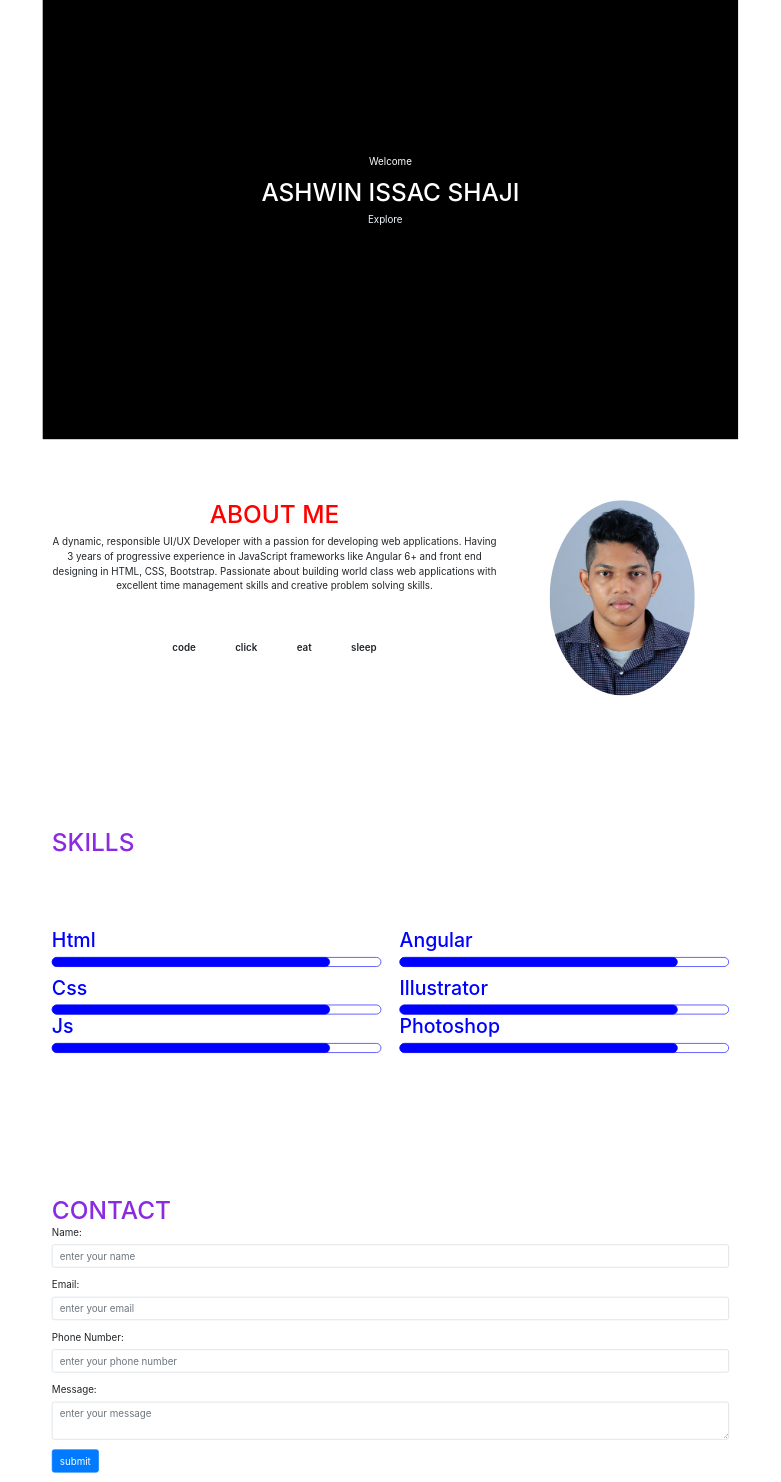
Repository: ashwinaisc/portfolio
Page: index.html
These files come from the project's save history. The page is drawn as it stood at one moment and after a run of saves; the edit follows.
The browser window is 1280 px wide. The pictures show the whole page, at 61% of full size.
Some web fonts or font styles are not loaded; a fallback is used.

Above is the page before, as saved 2019-08-13 20:19:55.
Not found: js/all.js

### index.html
<html>
    <head>
        <title>
            Ashwin
        </title>
        <link rel="stylesheet" type="text/css" href="css/style.css">
            <link rel="stylesheet" type="text/css" href="css/bootstrap.min.css">
            <link rel="stylesheet" type="text/css" href="css/all.min.css">

    </head>
    <body>
            <sessionclass="container-fluid ais-header-cf" >
                <div class="container ais-header-c" >
                    <div class="row ais-header-row">
                        <div class="col-sm-12 col-lg-12 ais-header-col"  >
                                <div class="ais-header-block">
                                    <p class="ais-h-block-subheading">welcome</p>
                                    <h1  class="ais-h-block-heading">ashwin issac shaji</h1>
                                    <button id="ais-h-btn" class="ais-h-block-btn" >Explore <i class="fas fa-angle-double-down"></i></i></button>
                                </div>
                        </div>
                    </div>
                </div>
            </div>

<!-- About -->
            <div class="container-fluid ais-about-cf" >
                    <div class="container ais-about-c" >
                        <div class="row ais-about-row">
                            <div class="col-sm-12 col-lg-8 ais-about-col"  >
                                    <div class="ais-about-block">
                                        <h1 class="ais-a-block-heading">about me</h1>
                                            <p class="ais-a-block-para">A dynamic, responsible UI/UX Developer with a passion for developing web applications. Having 3 years of progressive experience in JavaScript frameworks like Angular 6+ and front end designing in HTML, CSS, Bootstrap. Passionate about building world class web applications with excellent time management skills and creative problem solving skills.</p>
                                    </div>
                                    <div class="ais-about-icons">

                                        <div class="ais-a-i-block">
                                             <i class="fas fa-code a-i-block-icons"></i>
                                             <p class="a-i-block-txt">code</p>
                                        </div>
                                        <div class="ais-a-i-block">
                                                <i class="fas fa-camera a-i-block-icons"></i>
                                               <p class="a-i-block-txt">click</p>
                                           </div>
                                           <div class="ais-a-i-block">
                                                <i class="fas fa-utensils a-i-block-icons"></i>
                                               <p class="a-i-block-txt">eat</p>
                                           </div>
                                           <div class="ais-a-i-block">
                                                <i class="fas fa-bed a-i-block-icons"></i>
                                               <p class="a-i-block-txt">sleep</p>
                                           </div>
                                    </div>
                            </div>
                            <div class="col-sm-12 col-lg-4 ais-about-col"  >
                                    <div class="ais-about-block">
                                       <img class="ais-a-block-img" src="images/pp.jpg">
                                    </div>
                            </div>
                        </div>
                    </div>
                </div>
<!-- About -->

<!-- Skills -->

<div class="container-fluid ais-skills-cf" >
        <div class="container ais-skills-c" >
            <div class="row ais-skills-row">
                <h1 class="col-12 ais-skills-block-heading">skills</h1>

                <div class="col-sm-12 col-lg-6 ais-skills-col"  >
                    <div class="ais-skills-block">
                        <div class="skills-block-items">
                            <h2 class="skills-block-items-name">html</h2>
                            <p class="ais-skills-block-scale">
                                <span class="skills-block-scale-front w-80"></span>
                                <span class="skills-block-scale-back"></span>
                            </p>
                        </div>

                        <div class="skills-block-items">
                            <h2 class="skills-block-items-name">css</h2>
                            <p class="skills-block-items-scale">
                                <span class="skills-block-scale-front w-80"></span>
                                <span class="skills-block-scale-back"></span>
                            </p>
                        </div>

                        <div class="skills-block-items">
                            <h2 class="skills-block-items-name">js</h2>
                            <p class="skills-block-items-scale">
                                <span class="skills-block-scale-front w-80"></span>
                                <span class="skills-block-scale-back"></span>
                            </p>
                        </div>
               </div>
                </div>


               <div class="col-sm-12 col-lg-6 ais-skills-col"  >
                    <div class="ais-skills-block">
                        <div class="skills-block-items">
                            <h2 class="skills-block-items-name">angular</h2>
                            <p class="ais-skills-block-scale">
                                <span class="skills-block-scale-front w-80"></span>
                                <span class="skills-block-scale-back"></span>
                            </p>
                        </div>

                        <div class="skills-block-items">
                            <h2 class="skills-block-items-name">illustrator</h2>
                            <p class="skills-block-items-scale">
                                <span class="skills-block-scale-front w-80"></span>
                                <span class="skills-block-scale-back"></span>
                            </p>
                        </div>

                        <div class="skills-block-items">
                            <h2 class="skills-block-items-name">photoshop</h2>
                            <p class="skills-block-items-scale">
                                <span class="skills-block-scale-front w-80"></span>
                                <span class="skills-block-scale-back"></span>
                            </p>
                        </div>
               </div>

            </div>
        </div>
    </div>
</div>







<!-- Skills -->



<!-- contact -->



<div class="container-fluid ais-contact-cf" >
        <div class="container ais-contact-c" >
            <div class="row ais-contact-row">
                <h1 class="col-12 ais-contact-block-heading">contact</h1>

                <div class="col-sm-12 col-lg-12 ais-contact-col"  >
                    <form method="POST" action="">
                        <div class="form-group">
                            <label for="name">name:</label>
                            <input type="text" class="form-control" id="name" placeholder="enter your name" name="name">
                        </div>
                        <div class="form-group">
                                <label for="email">email:</label>
                                <input type="text" class="form-control" id="email" placeholder="enter your email" name="email">
                        </div>
                        <div class="form-group">
                                <label for="phone">phone number:</label>
                                <input type="text" class="form-control" id="phone" placeholder="enter your phone number" name="phone">
                        </div>
                        <div class="form-group">
                                <label for="message">message:</label>
                                <textarea type="text" class="form-control" id="message" placeholder="enter your message" name="message"></textarea>
                        </div>
                        <button type="button" class="btn btn-primary ais-contact-form-button">submit</button>

                    </form>

                </div>




            </div>
        </div>
</div>







<!-- contact -->





<script type="text/javascript" src="js/jquery-3.2.1.slim.min.js"></script>
<script type="text/javascript" src="js/popper.min.js"></script>

                <script type="text/javascript" src="js/bootstrap.min.js"></script>
                <script type="text/javascript" src="js/all.js"></script>
                <script type="text/javascript" src="js/index.js"></script>



            </body>

</html>

### css/style.css

.ais-header-col{
    background-color: black;
}
.ais-header-block {
    border: none;
    margin: auto;
    padding: 0;
    text-align: center;
    height: 100vh;
    padding-top: 35vh;


}

.ais-h-block-subheading {
    color:white;
    text-align: center;
    text-transform: capitalize;
}

.ais-h-block-heading {
    color:white;
    text-align: center;
    text-transform: uppercase;}

.ais-h-block-btn {

    border: none;
    margin: auto;
    padding: 0;
    color: aliceblue;
    background: transparent;



}







.container-fluid.ais-about-cf {

    text-align: center;


}
.container.ais-about-c {
    padding-top: 100px;
    padding-bottom: 100px;
}

.row.ais-about-row {}

.col-sm-3.col-lg-12.ais-about-col {


}

.ais-about-block {


}

h1.ais-a-block-heading {
    color:rgb(255, 0, 0);
    text-align: center;
    text-transform: uppercase;}

}
.ais-a-block-para {
    color:rgb(255, 0, 0);
    text-align: left;

}
.ais-a-block-img {
    border-radius: 70%;
    height: 100%;
    width: auto;
    max-height: 20em;

}
.ais-about-icons{
    margin: auto;
    padding: 0 1em;

    text-align: center;

}
.ais-a-i-block{
    margin: auto;
    text-align: center;
    display: inline-block;
    padding: 30px;

}
.a-i-block-icons{
   font-size: 2em;
}
.a-i-block-txt{
    font-weight: 600;

}




.ais-skills-cf {


}
.ais-skills-row{
    height: 100vh;

}
.ais-skills-col{


}
.ais-skills-block {

}

.ais-skills-block-heading {
    margin: auto;
    text-align: left;
    color: blueviolet;
    text-transform: uppercase;


}

.skills-block-items {


}

.skills-block-items-name {
    color: blue;
    text-transform: capitalize;
}
.skills-block-items-scale{
    margin: auto;
}
.skills-block-scale-back{
    display: block;
    height: 1em;
    width: 100%;
    border: 1px solid blue;
    border-radius: 1em;
    position: relative;
}
.skills-block-scale-front{
    display: block;
    height: 1em;
    width: 100%;
    border: 1px solid blue;
    color: blue;
    background: blue;
    border-radius: 1em;
    position: absolute;
    max-width: 30em;
}
.skills-block-scale-front.w-80{
    width: 80%
}



/* contact */
.ais-contact-cf{


}
.ais-contact-c{
}

.ais-contact-row{

}
.ais-contact-block-heading{
    margin: auto;
    text-align: left;
    color: blueviolet;
    text-transform: uppercase;
}

.ais-contact-col{

}
.form-group{
    text-transform: capitalize;


}
.form-control{


}
.ais-contact-form-button{

}



/* Extra small devices (portrait phones, less than 576px) */
@media (max-width: 575.98px) {
    .ais-skills-row{
        height: auto;

    }
 }

/* Small devices (landscape phones, 576px and up) */
@media (min-width: 576px) and (max-width: 767.98px) {  }

/* Medium devices (tablets, 768px and up) */
@media (min-width: 768px) and (max-width: 991.98px) {  }

/* Large devices (desktops, 992px and up) */
@media (min-width: 992px) and (max-width: 1199.98px) { }

/* Extra large devices (large desktops, 1200px and up) */
@media (min-width: 1200px) { }

### js/index.js
$("#ais-h-btn").click(function () {
    $('html,body').animate({
            scrollTop: $("#joAbout").offset().top
        },
        1500);
});

Loaded but not shown: css/bootstrap.min.css (library); css/all.min.css (library); js/jquery-3.2.1.slim.min.js (library); js/popper.min.js (library); js/bootstrap.min.js (library)

After the next 3 saves:
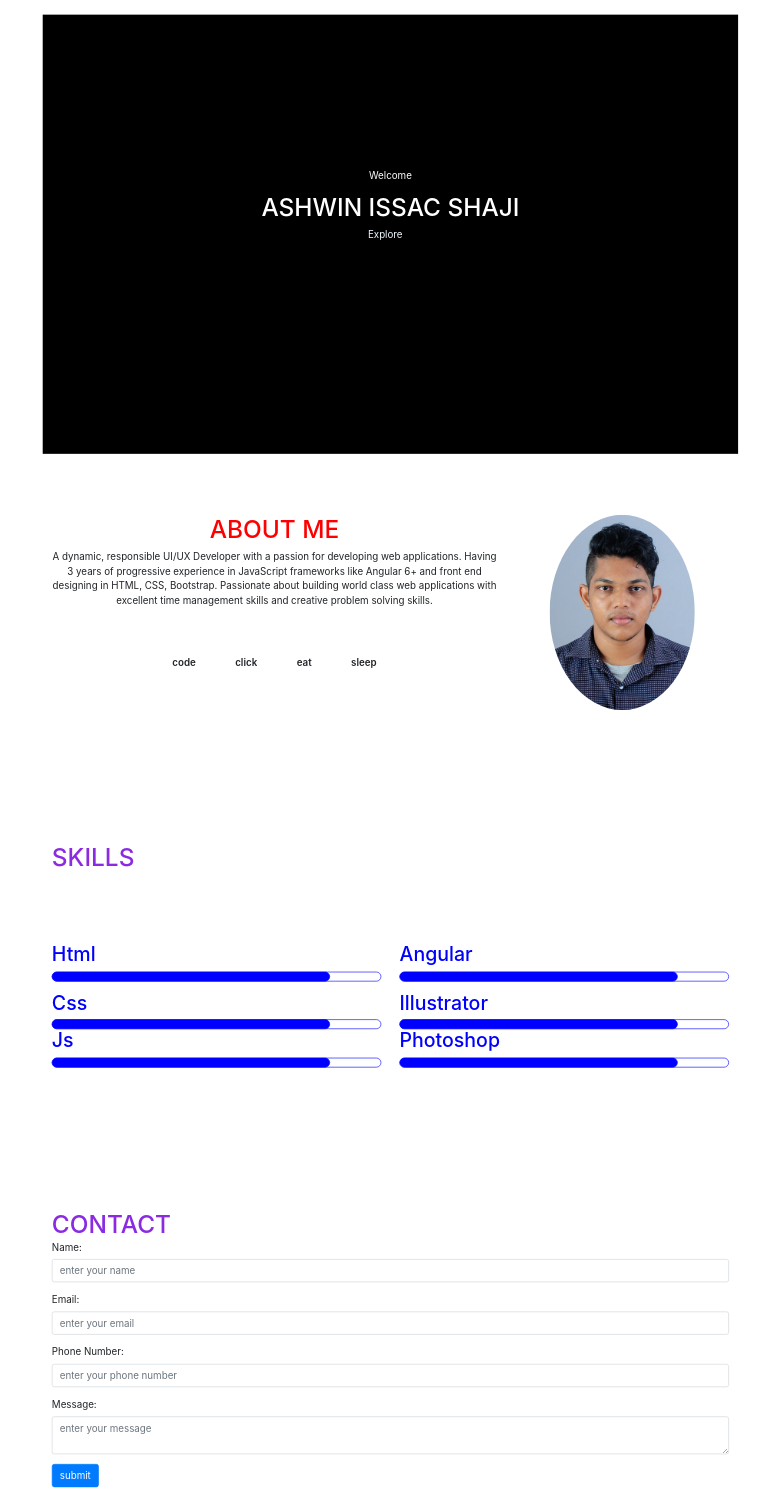
The 3 saves are shown as one change because they came seconds apart.
The last was saved 7 s later.
--- a/index.html
+++ b/index.html
@@ -9,7 +9,7 @@
 
     </head>
     <body>
-            <sessionclass="container-fluid ais-header-cf" >
+            <session id=""class="container-fluid ais-header-cf" >
                 <div class="container ais-header-c" >
                     <div class="row ais-header-row">
                         <div class="col-sm-12 col-lg-12 ais-header-col"  >

After the 3 saves that followed:
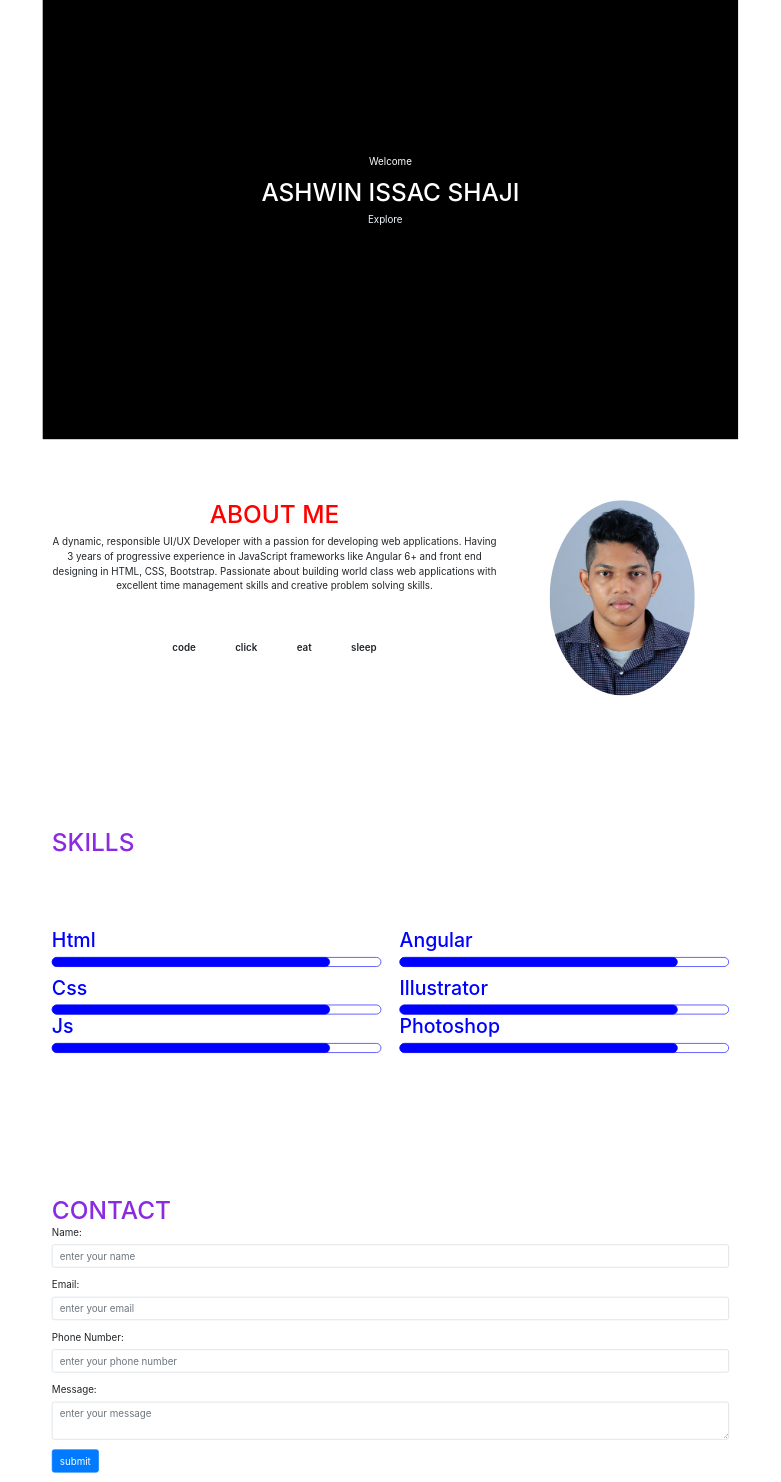
The 3 saves are shown as one change because they came seconds apart.
The last was saved 13 s later.
--- a/index.html
+++ b/index.html
@@ -9,7 +9,7 @@
 
     </head>
     <body>
-            <session id=""class="container-fluid ais-header-cf" >
+            <div class="container-fluid ais-header-cf" >
                 <div class="container ais-header-c" >
                     <div class="row ais-header-row">
                         <div class="col-sm-12 col-lg-12 ais-header-col"  >
